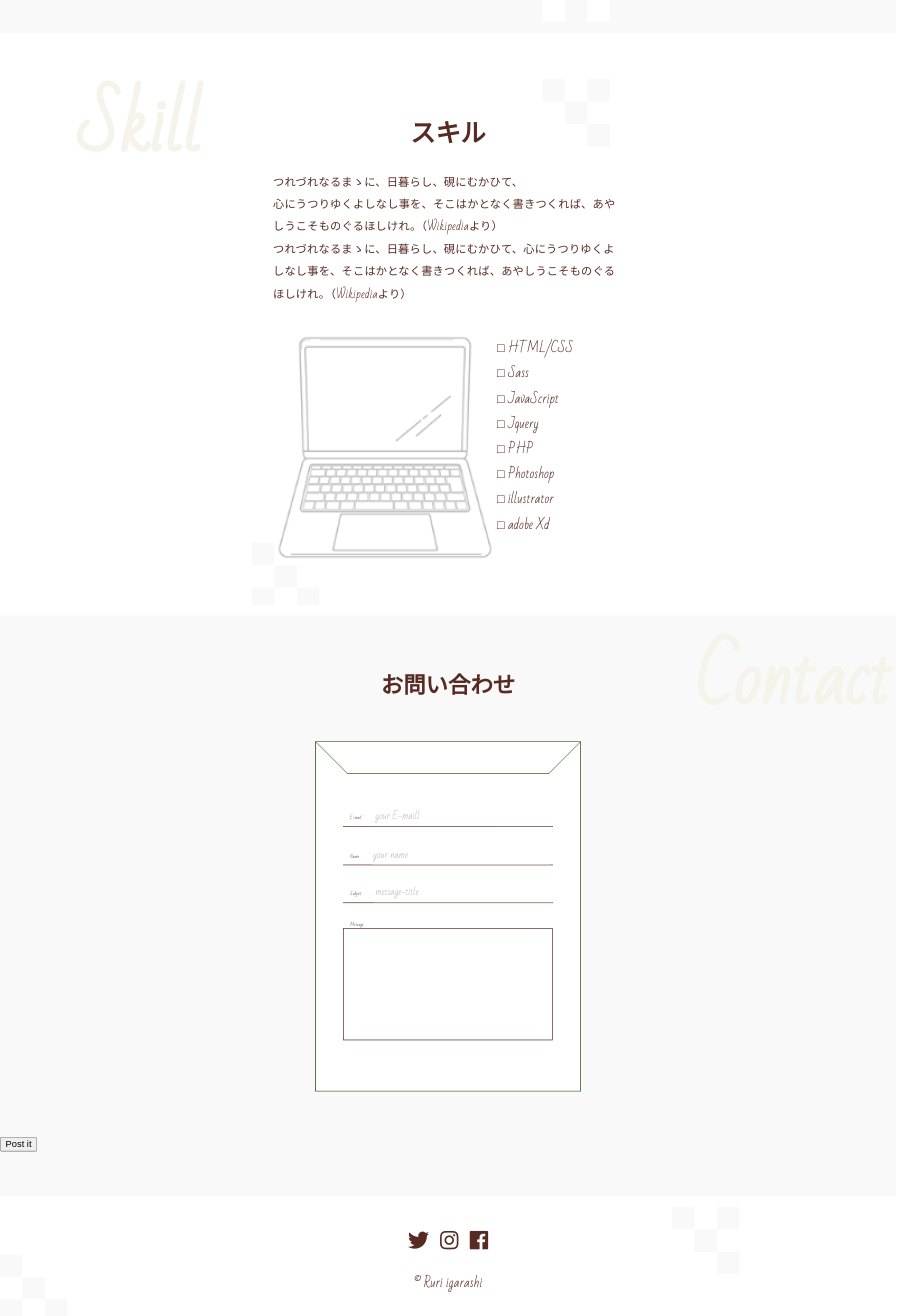
Repository: ppmp556/igarashi.kakuu
Page: index.html
An editor plug-in stored every save of this project. The page is shown before and after the next save, followed by the edit.
The browser window is 1280 px wide. The page is 1286 px wide, so the pictures cover 1286 px, including what lies to the right of the window. The pictures show the part of the page from y = 3583 to 5463 px (the page is 5470 px tall before and 5978 px after), at 70% of full size.
Some web libraries are served in a nearby version. The style sheet was rebuilt from its Sass, Less or Tailwind sources for each picture, by a compiler version that may differ from the author's.

Above is the page before, as saved 2020-11-05 12:45:47.

After the next save:
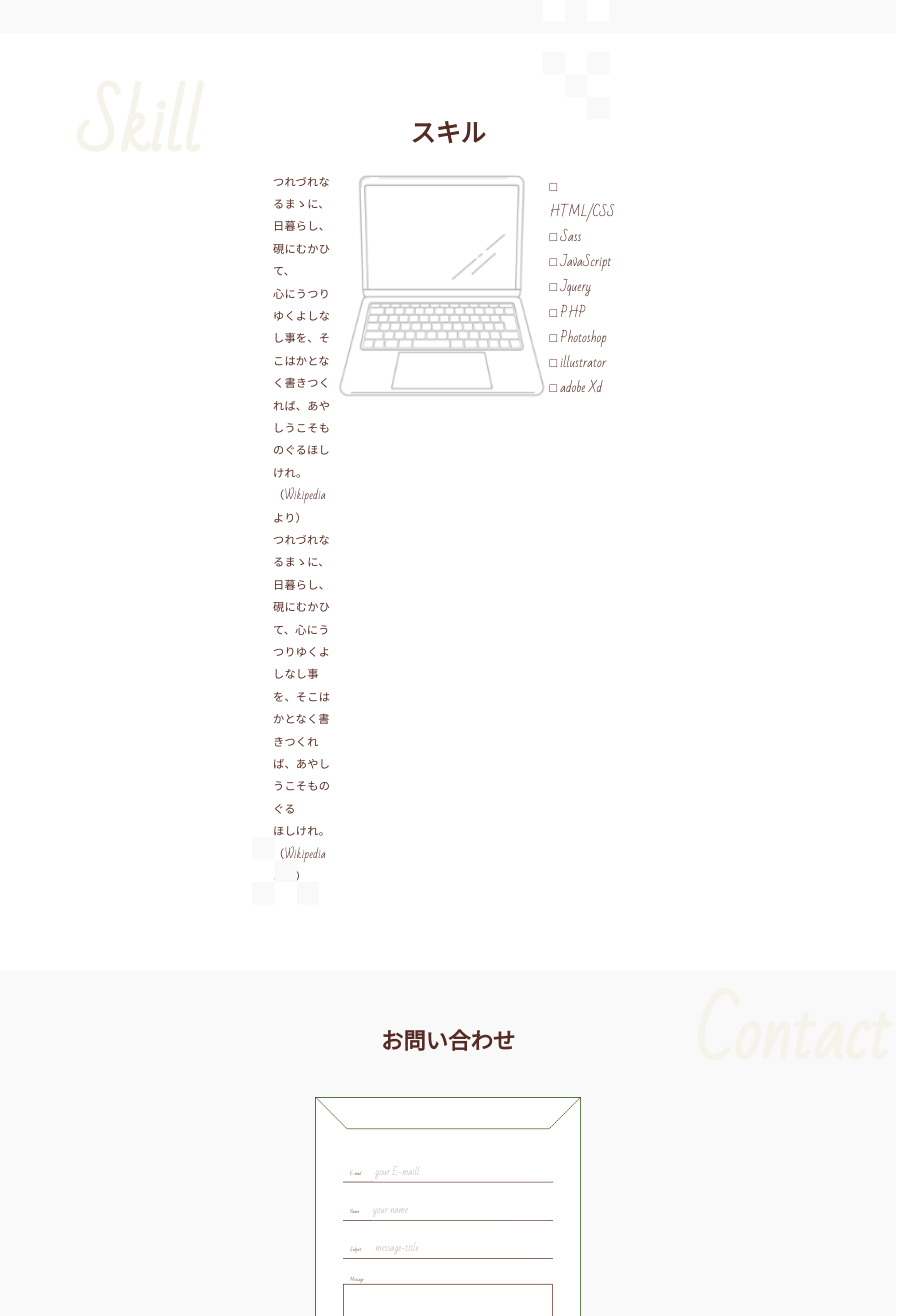
Saved 10 min 37 s later.
--- a/index.html
+++ b/index.html
@@ -163,31 +163,33 @@
                         <!-- <span class="skill_sub">Skill</span> -->
                     </div><!-- /.section_ttlbox -->
                     <div class="skill_inner">
-                        <div class="skill_txtbox">
-                            <p class="skill_txt">
-                                つれづれなるまゝに、日暮らし、硯にむかひて、<br>
-                                心にうつりゆくよしなし事を、そこはかとなく書きつくれば、あや<br>
-                                しうこそものぐるほしけれ。（Wikipediaより）<br>
-                                つれづれなるまゝに、日暮らし、硯にむかひて、心にうつりゆくよ<br>
-                                しなし事を、そこはかとなく書きつくれば、あやしうこそものぐる<br>
-                                ほしけれ。（Wikipediaより）
-                            </p><!-- /.skill_txt -->
-                        </div><!-- /.skill_txtbox -->
-                        <div class="skill_listbox flex">
-                            <div class="skill_imgbox">
-                                <img src="images/1544078499/1544078499.png" alt="" class="skill_img">
-                            </div><!-- /.skill_imgbox -->
-                            <ul class="skill_list">
-                                <li class="skill_item">□ HTML/CSS</li><!-- /.skill_item -->
-                                <li class="skill_item">□ Sass</li><!-- /.skill_item -->
-                                <li class="skill_item">□ JavaScript</li><!-- /.skill_item -->
-                                <li class="skill_item">□ Jquery</li><!-- /.skill_item -->
-                                <li class="skill_item">□ PHP</li><!-- /.skill_item -->
-                                <li class="skill_item">□ Photoshop</li><!-- /.skill_item -->
-                                <li class="skill_item">□ illustrator</li><!-- /.skill_item -->
-                                <li class="skill_item">□ adobe Xd</li><!-- /.skill_item -->
-                            </ul><!-- /.skill_list -->
-                        </div><!-- /.skill_listbox -->
+                        <div class="flex">
+                            <div class="skill_txtbox">
+                                <p class="skill_txt">
+                                    つれづれなるまゝに、日暮らし、硯にむかひて、<br>
+                                    心にうつりゆくよしなし事を、そこはかとなく書きつくれば、あや<br>
+                                    しうこそものぐるほしけれ。（Wikipediaより）<br>
+                                    つれづれなるまゝに、日暮らし、硯にむかひて、心にうつりゆくよ<br>
+                                    しなし事を、そこはかとなく書きつくれば、あやしうこそものぐる<br>
+                                    ほしけれ。（Wikipediaより）
+                                </p><!-- /.skill_txt -->
+                            </div><!-- /.skill_txtbox -->
+                            <div class="skill_listbox flex">
+                                <div class="skill_imgbox">
+                                    <img src="images/1544078499/1544078499.png" alt="" class="skill_img">
+                                </div><!-- /.skill_imgbox -->
+                                <ul class="skill_list">
+                                    <li class="skill_item">□ HTML/CSS</li><!-- /.skill_item -->
+                                    <li class="skill_item">□ Sass</li><!-- /.skill_item -->
+                                    <li class="skill_item">□ JavaScript</li><!-- /.skill_item -->
+                                    <li class="skill_item">□ Jquery</li><!-- /.skill_item -->
+                                    <li class="skill_item">□ PHP</li><!-- /.skill_item -->
+                                    <li class="skill_item">□ Photoshop</li><!-- /.skill_item -->
+                                    <li class="skill_item">□ illustrator</li><!-- /.skill_item -->
+                                    <li class="skill_item">□ adobe Xd</li><!-- /.skill_item -->
+                                </ul><!-- /.skill_list -->
+                            </div><!-- /.skill_listbox -->
+                        </div><!-- /.flex -->
                     </div><!-- /.skill_inner -->
                 </section><!-- /#skill.skii -->
 
